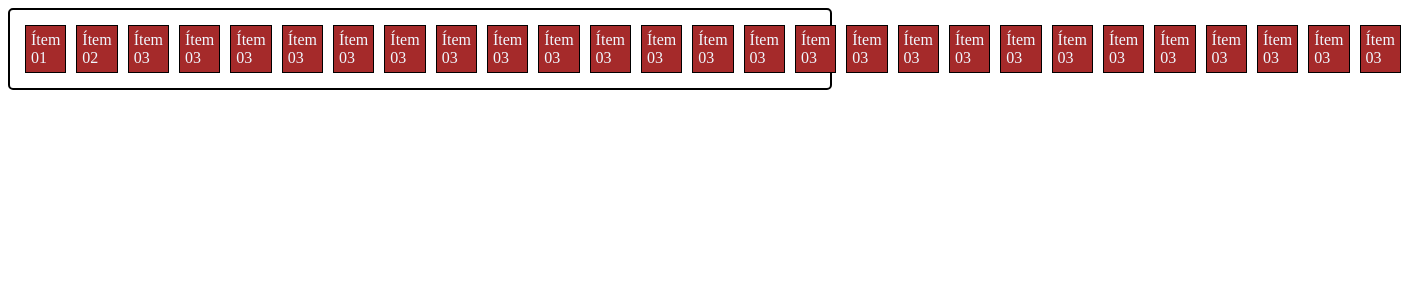
Repository: ozielms/flexbox
Page: outros/flexbox-master/index.html
The author's editor kept a copy of each file at every save. The page is drawn from the files as they stood at one save, then again after the next save.
The browser window is 1280 px wide. The page is 1401 px wide, then 1280 px, so the pictures cover 1401 px, including what lies to the right of the window. The pictures show the whole page.

Above is the page before, as saved 2022-04-25 18:52:28.

After the next save:
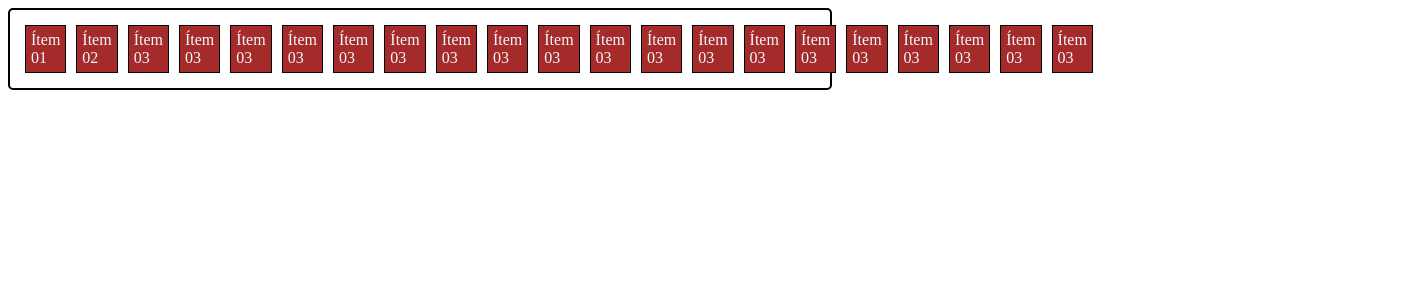
Saved 6 s later.
--- a/outros/flexbox-master/index.html
+++ b/outros/flexbox-master/index.html
@@ -34,12 +34,6 @@
         <div class="filho filho3">Ítem 03</div>
         <div class="filho filho3">Ítem 03</div>
         <div class="filho filho3">Ítem 03</div>
-        <div class="filho filho3">Ítem 03</div>
-        <div class="filho filho3">Ítem 03</div>
-        <div class="filho filho3">Ítem 03</div>
-        <div class="filho filho3">Ítem 03</div>
-        <div class="filho filho3">Ítem 03</div>
-        <div class="filho filho3">Ítem 03</div>
     </div>
 
 
